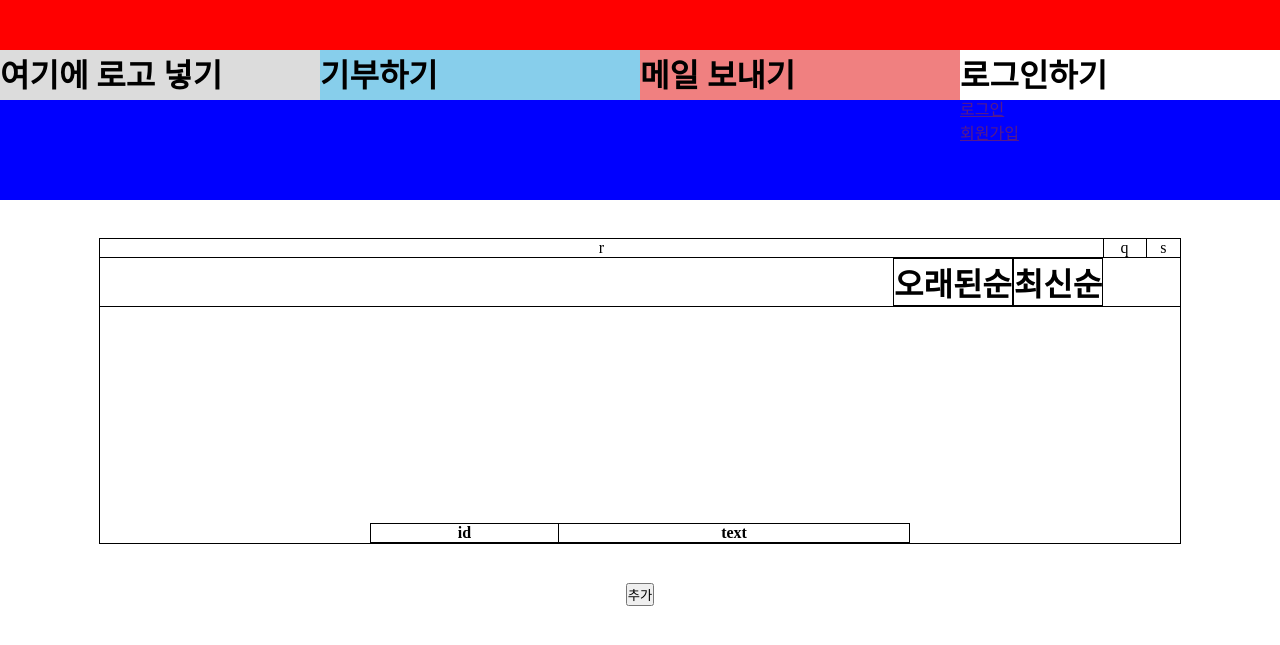
Repository: Yeojin0523/Survey
Page: http://localhost/Blog/Blog/list.jsp
An editor plug-in stored every save of this project. The page is shown before and after the next save, followed by the edit.
The browser window is 1280 px wide. The pictures show the whole page.
The page is served by Tomcat 9. The template is opened directly, without the code that normally fills it, so the values that code supplies are empty.

Above is the page before, as saved 2024-07-29 05:50:27.

After the next save:
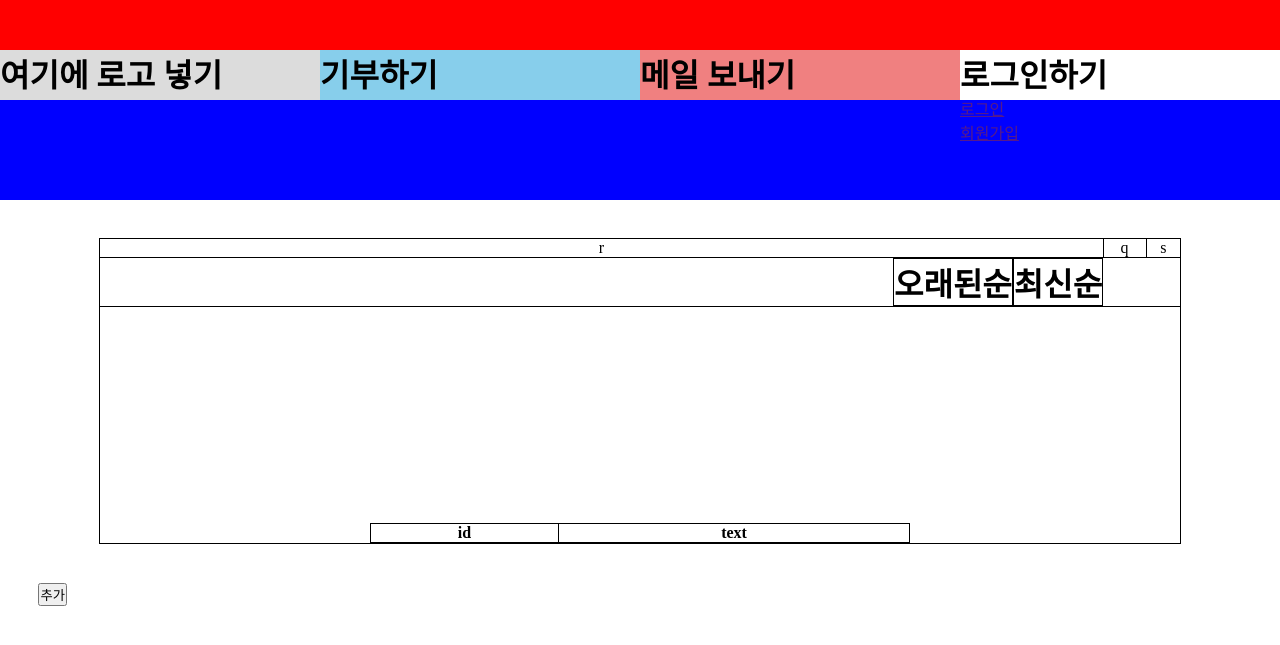
Saved 29 s later.
--- a/Blog/src/main/webapp/Blog/list.css
+++ b/Blog/src/main/webapp/Blog/list.css
@@ -65,7 +65,7 @@ table, td, th{
 	height:50%;
 }
 .button_area{
-	text-align: center;
+	display: flex;
 	padding:3%;
 }
 .list{
